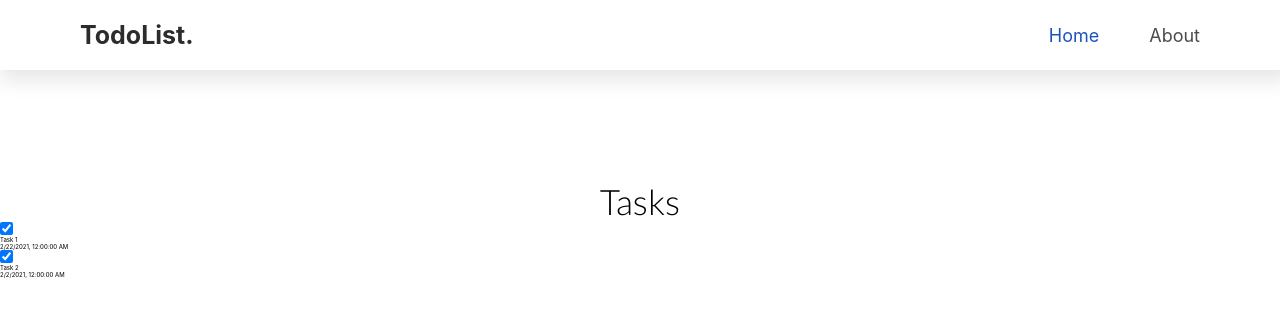
Repository: dqhuy153/react-todoList
Page: /
An editor plug-in stored every save of this project. The page is shown before and after the next save, followed by the edit.
The browser window is 1280 px wide. The pictures show the whole page.
The project was rebuilt for these pictures with package versions that can differ from the ones it lists, and the page was loaded fresh each time. Also part of the build but not shown: src/components/UI/LoadingSpinner.module.scss, src/components/todos/TodoItem.module.scss, src/components/todos/TodoList.module.scss.

Above is the page before, as saved 2021-09-16 20:35:28.

### src/App.js
import React, { Suspense } from 'react';
import { Switch, Route } from 'react-router-dom';

import './App.css';
import Layout from './components/layout/Layout';
import LoadingSpinner from './components/UI/LoadingSpinner';

const Home = React.lazy(() => import('./components/pages/Home'));
const About = React.lazy(() => import('./components/pages/About'));

function App() {
  return (
    <Layout>
      <Suspense
        fallback={
          <div className="centered">
            <LoadingSpinner />
          </div>
        }
      >
        <Switch>
          <Route path="/" exact>
            <Home />
          </Route>
          <Route path="/about">
            <About />
          </Route>
          {/* <Route path="/products" exact>
          <Products />
        </Route>
        <Route path="/products/:productId">
          <ProductDetail />
        </Route> */}
        </Switch>
      </Suspense>
    </Layout>
  );
}

export default App;

### src/App.css
@import url('https://fonts.googleapis.com/css2?family=Lato:ital,wght@0,100;0,300;0,400;0,700;0,900;1,100;1,300;1,400;1,700;1,900&display=swap');

* {
  box-sizing: border-box;
  font-size: 62.5%;
  padding: 0;
  margin: 0;
}

.centered {
  margin: 3rem auto;
  text-align: center;
  display: flex;
  justify-content: center;
  align-items: center;
}

### src/components/layout/Layout.js
import React, { Fragment } from 'react';
import AppNavigation from './AppNavigation';

import styles from './Layout.module.scss';

export default function Layout(props) {
  return (
    <Fragment>
      <AppNavigation logoTitle="TodoList." />
      <main className={styles.main}>{props.children}</main>
    </Fragment>
  );
}

### src/components/UI/LoadingSpinner.js
import styles from './LoadingSpinner.module.scss';

const LoadingSpinner = () => {
  return <div className={styles.spinner}></div>;
};

export default LoadingSpinner;

### src/components/pages/Home.js
import React, { useEffect } from 'react';
import TodoList from '../todos/TodoList';

import styles from './Home.module.scss';

const todoList = [
  {
    id: 1,
    title: 'Task 1',
    date: new Date('2/22/2021'),
    completed: false,
  },
  {
    id: 2,
    title: 'Task 2',
    date: new Date('2/2/2021'),
    completed: true,
  },
];

export default function Home(props) {
  const handleStatusChange = (id) => {
    const todoIndex = todoList.findIndex((i) => i.id === id);
    todoList[todoIndex].status = !todoList[todoIndex].status;
    console.log(todoList);
  };

  return (
    <div className={styles.container}>
      <h1>Tasks</h1>
      <TodoList items={todoList} onStatusChange={handleStatusChange} />
    </div>
  );
}

### src/components/layout/AppNavigation.js
import React from 'react';
import { NavLink } from 'react-router-dom';

import styles from './AppNavigation.module.scss';

export default function AppNavigation({ logoTitle = 'Demo.', ...props }) {
  return (
    <header className={styles.header}>
      <div className={styles.logo}>{logoTitle}</div>
      <nav>
        <ul>
          <li>
            <NavLink to="/" exact activeClassName={styles.active}>
              Home
            </NavLink>
          </li>
          <li>
            <NavLink to="/about" activeClassName={styles.active}>
              About
            </NavLink>
          </li>
        </ul>
      </nav>
    </header>
  );
}

### src/components/todos/TodoList.js
import React from 'react';
import TodoItem from './TodoItem';

import styles from './TodoList.module.scss';

export default function TodoList({ items, onStatusChange, ...props }) {
  return (
    <ul className={styles.container}>
      {items.map((item) => (
        <li key={item.id}>
          <TodoItem
            id={item.id}
            title={item.title}
            date={item.date}
            status={item.status}
            checked={item.status}
            onStatusChange={onStatusChange}
          />
        </li>
      ))}
    </ul>
  );
}

### src/components/pages/Home.module.scss
.container {
  padding: 18rem 0;

  h1 {
    text-align: center;
    font-family: 'Lato', sans-serif;
    font-weight: 300;
    font-size: 3.5rem;
  }
}

### src/components/layout/AppNavigation.module.scss
.header {
  width: 100%;
  height: 7rem;
  display: flex;
  align-items: center;
  justify-content: space-between;
  background-color: #ffffff;
  padding: 0 8rem;
  box-shadow: 5px 5px 20px 5px rgba(0, 0, 0, 0.1);
  position: fixed;
}

.logo {
  font-size: 2.5rem;
  color: rgb(44, 44, 44);
  font-weight: bold;
}

.header ul {
  list-style: none;
  margin: 0;
  padding: 0;
  display: flex;
  align-items: baseline;
}

.header li {
  margin-left: 5rem;
}

.header a {
  text-decoration: none;
  font-size: 1.8rem;
  color: #4b4b4b;
}

.header a:hover,
.header a:active,
.header a.active {
  color: rgb(28, 83, 184);
}

### src/components/todos/TodoItem.js
import React, { useState } from 'react';

import styles from './TodoItem.module.scss';

export default function TodoItem({
  id,
  title,
  date,
  status,
  onStatusChange,
  ...props
}) {
  const [checked, setChecked] = useState(status === 0 ? false : true);

  const handleChange = (e) => {
    setChecked(e.target.checked);
    onStatusChange(id);
  };

  return (
    <div className={styles.container}>
      <input type="checkbox" checked={checked} onChange={handleChange} />
      <p>{title}</p>
      <p>{date.toLocaleString()}</p>
    </div>
  );
}

Loaded but not shown: public/index.html (common file); src/index.js (common file); src/index.css (common file); src/reportWebVitals.js (common file); src/components/layout/Layout.module.scss (no stored copy; drawn as an empty file)

After the next save:
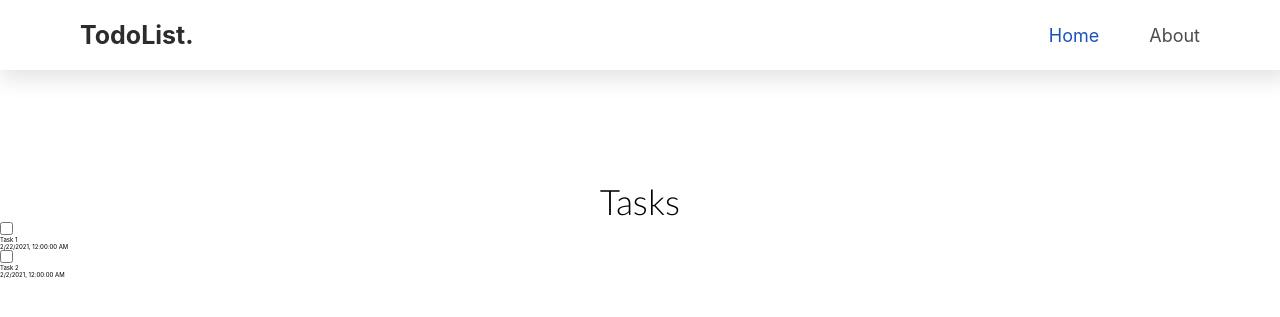
Saved 8 s later.
--- a/src/components/todos/TodoItem.js
+++ b/src/components/todos/TodoItem.js
@@ -10,7 +10,7 @@ export default function TodoItem({
   onStatusChange,
   ...props
 }) {
-  const [checked, setChecked] = useState(status === 0 ? false : true);
+  const [checked, setChecked] = useState(status);
 
   const handleChange = (e) => {
     setChecked(e.target.checked);
